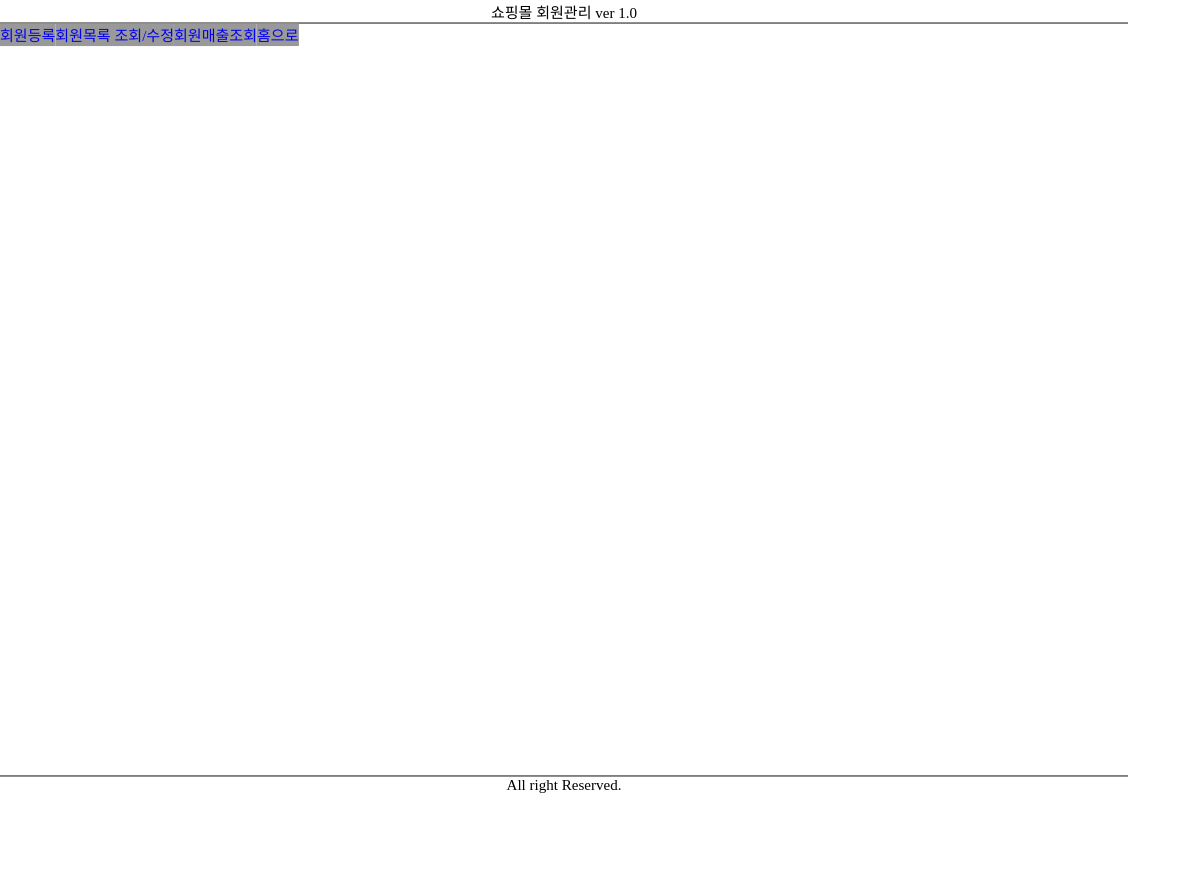
Repository: foodduck/HRD_exam
Page: http://localhost/HRD_1234/
An editor plug-in stored every save of this project. The page is shown before and after the next save, followed by the edit.
The browser window is 1280 px wide. The pictures show the whole page, at 94% of full size.
The page is served by Tomcat 9.

Above is the page before, as saved 2022-02-11 09:19:28.

After the next save:
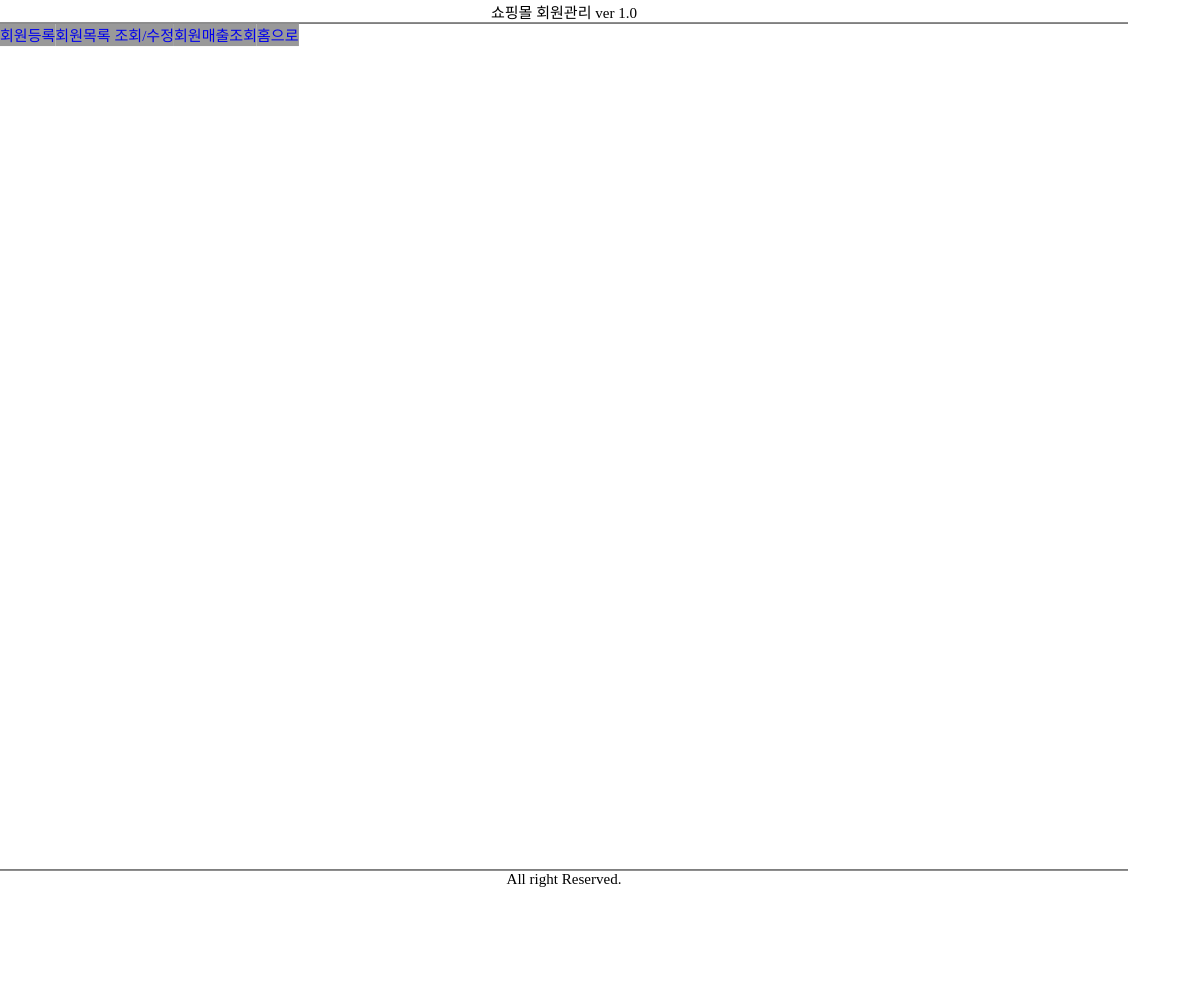
Saved 43 s later.
--- a/HRD_1234/WebContent/index.jsp
+++ b/HRD_1234/WebContent/index.jsp
@@ -14,7 +14,7 @@
 	p {text-align:center}
 
 	.hd {border-bottom:solid black 1px;}
-	.tnb {width:80%;}
+	.tnb {height: 100px; width: 1200px;}
 	.tnb li { float:left; margin:0 auto; background-color:#999;}
 	.sec {width:100%; height:800px;}
 	.ft {clear:both; width:100%; height:120px; border-top:solid 1px black;}
